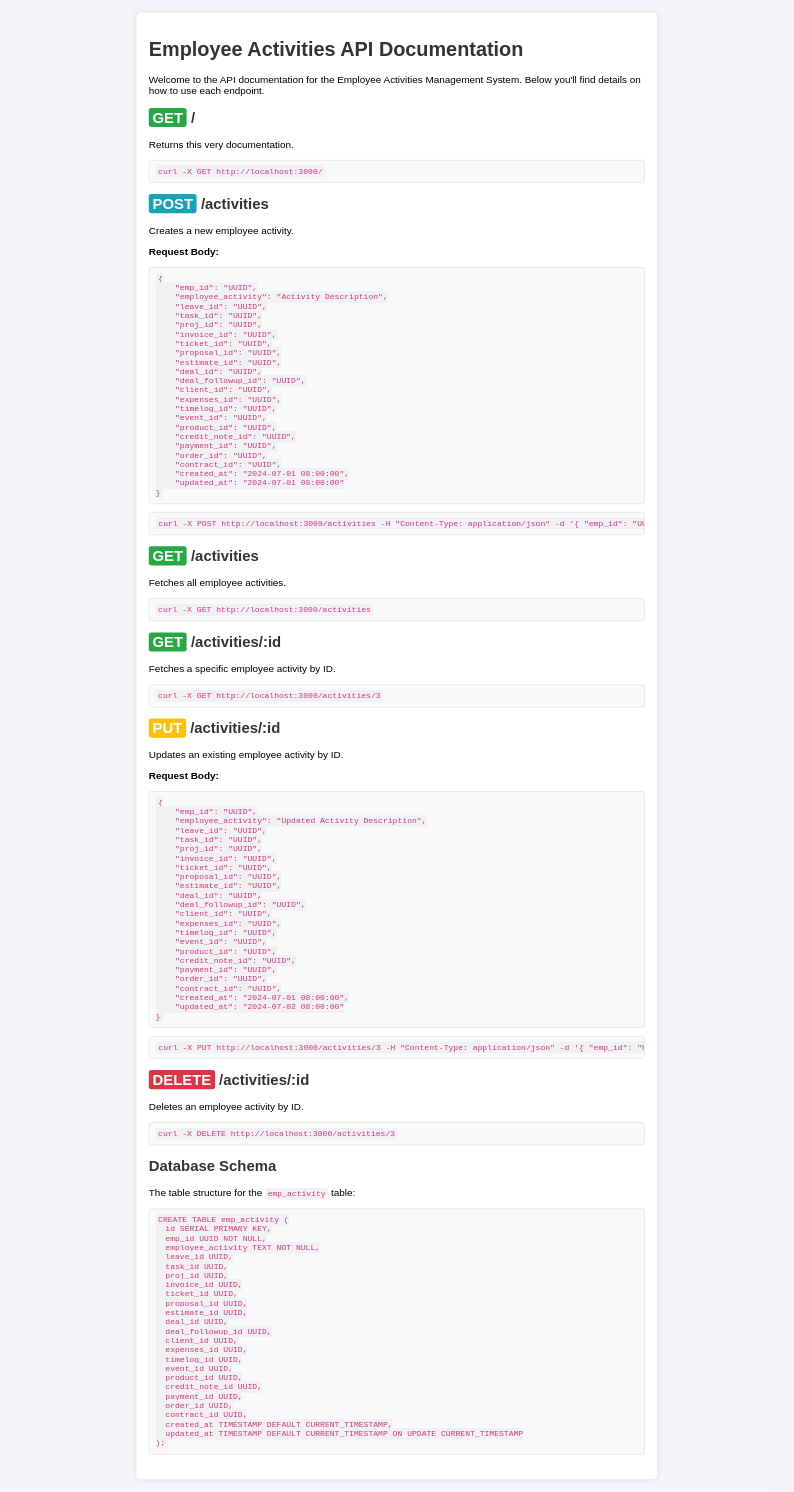
Repository: SpicierEwe/eod_node_express_server
Page: api_documentation/documentation.html
These files come from the project's save history. The page is drawn as it stood at one moment and after the next save; the edit follows.
The browser window is 1280 px wide. The pictures show the whole page, at 62% of full size.

Above is the page before, as saved 2024-07-30 16:54:48.

After the next save:
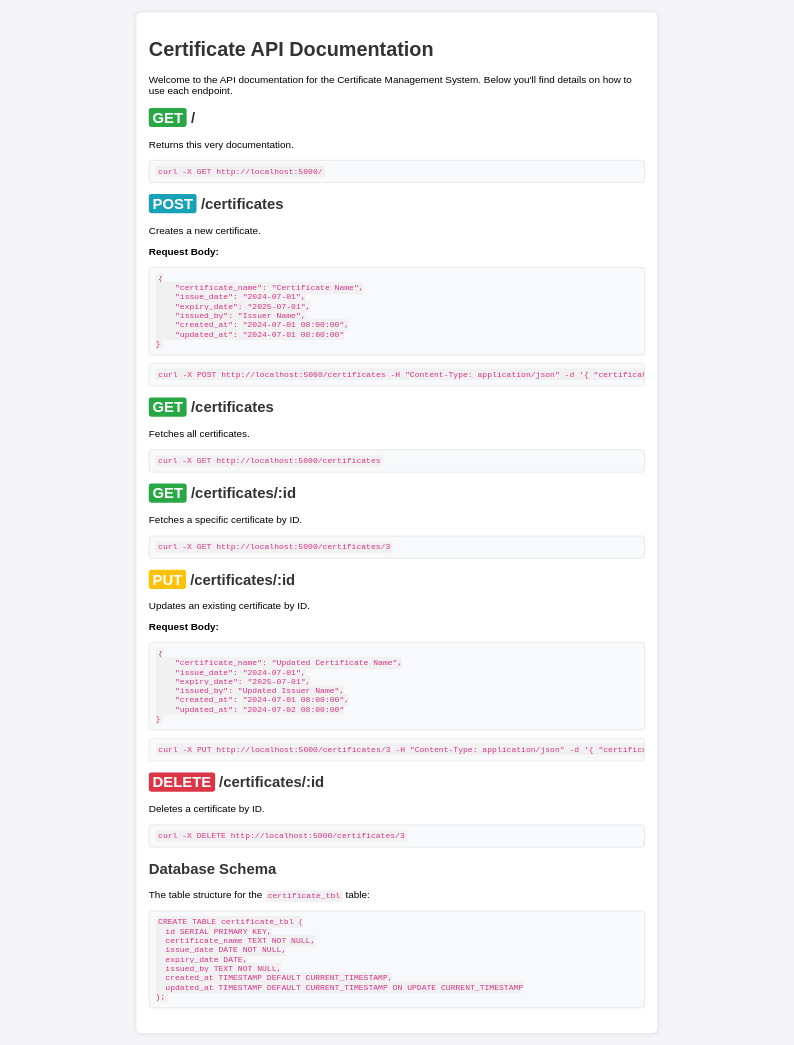
Saved 2 min 31 s later.
--- a/api_documentation/documentation.html
+++ b/api_documentation/documentation.html
@@ -3,7 +3,7 @@
   <head>
     <meta charset="UTF-8" />
     <meta name="viewport" content="width=device-width, initial-scale=1.0" />
-    <title>Employee Activities API Documentation</title>
+    <title>Certificate API Documentation</title>
     <style>
       body {
         font-family: Arial, sans-serif;
@@ -62,123 +62,75 @@
   </head>
   <body>
     <div class="container">
-      <h1>Employee Activities API Documentation</h1>
+      <h1>Certificate API Documentation</h1>
       <p>
-        Welcome to the API documentation for the Employee Activities Management
-        System. Below you'll find details on how to use each endpoint.
+        Welcome to the API documentation for the Certificate Management System.
+        Below you'll find details on how to use each endpoint.
       </p>
 
       <div class="route">
         <h2><span class="method get">GET</span> /</h2>
         <p>Returns this very documentation.</p>
-        <pre><code>curl -X GET http://localhost:3000/</code></pre>
+        <pre><code>curl -X GET http://localhost:5000/</code></pre>
       </div>
 
       <div class="route">
-        <h2><span class="method post">POST</span> /activities</h2>
-        <p>Creates a new employee activity.</p>
+        <h2><span class="method post">POST</span> /certificates</h2>
+        <p>Creates a new certificate.</p>
         <p><strong>Request Body:</strong></p>
         <pre><code>{
-    "emp_id": "UUID",
-    "employee_activity": "Activity Description",
-    "leave_id": "UUID",
-    "task_id": "UUID",
-    "proj_id": "UUID",
-    "invoice_id": "UUID",
-    "ticket_id": "UUID",
-    "proposal_id": "UUID",
-    "estimate_id": "UUID",
-    "deal_id": "UUID",
-    "deal_followup_id": "UUID",
-    "client_id": "UUID",
-    "expenses_id": "UUID",
-    "timelog_id": "UUID",
-    "event_id": "UUID",
-    "product_id": "UUID",
-    "credit_note_id": "UUID",
-    "payment_id": "UUID",
-    "order_id": "UUID",
-    "contract_id": "UUID",
+    "certificate_name": "Certificate Name",
+    "issue_date": "2024-07-01",
+    "expiry_date": "2025-07-01",
+    "issued_by": "Issuer Name",
     "created_at": "2024-07-01 08:00:00",
     "updated_at": "2024-07-01 08:00:00"
 }</code></pre>
-        <pre><code>curl -X POST http://localhost:3000/activities -H "Content-Type: application/json" -d '{ "emp_id": "UUID", "employee_activity": "Activity Description", "leave_id": "UUID", "task_id": "UUID", "proj_id": "UUID", "invoice_id": "UUID", "ticket_id": "UUID", "proposal_id": "UUID", "estimate_id": "UUID", "deal_id": "UUID", "deal_followup_id": "UUID", "client_id": "UUID", "expenses_id": "UUID", "timelog_id": "UUID", "event_id": "UUID", "product_id": "UUID", "credit_note_id": "UUID", "payment_id": "UUID", "order_id": "UUID", "contract_id": "UUID", "created_at": "2024-07-01 08:00:00", "updated_at": "2024-07-01 08:00:00" }'</code></pre>
+        <pre><code>curl -X POST http://localhost:5000/certificates -H "Content-Type: application/json" -d '{ "certificate_name": "Certificate Name", "issue_date": "2024-07-01", "expiry_date": "2025-07-01", "issued_by": "Issuer Name", "created_at": "2024-07-01 08:00:00", "updated_at": "2024-07-01 08:00:00" }'</code></pre>
       </div>
 
       <div class="route">
-        <h2><span class="method get">GET</span> /activities</h2>
-        <p>Fetches all employee activities.</p>
-        <pre><code>curl -X GET http://localhost:3000/activities</code></pre>
+        <h2><span class="method get">GET</span> /certificates</h2>
+        <p>Fetches all certificates.</p>
+        <pre><code>curl -X GET http://localhost:5000/certificates</code></pre>
       </div>
 
       <div class="route">
-        <h2><span class="method get">GET</span> /activities/:id</h2>
-        <p>Fetches a specific employee activity by ID.</p>
-        <pre><code>curl -X GET http://localhost:3000/activities/3</code></pre>
+        <h2><span class="method get">GET</span> /certificates/:id</h2>
+        <p>Fetches a specific certificate by ID.</p>
+        <pre><code>curl -X GET http://localhost:5000/certificates/3</code></pre>
       </div>
 
       <div class="route">
-        <h2><span class="method put">PUT</span> /activities/:id</h2>
-        <p>Updates an existing employee activity by ID.</p>
+        <h2><span class="method put">PUT</span> /certificates/:id</h2>
+        <p>Updates an existing certificate by ID.</p>
         <p><strong>Request Body:</strong></p>
         <pre><code>{
-    "emp_id": "UUID",
-    "employee_activity": "Updated Activity Description",
-    "leave_id": "UUID",
-    "task_id": "UUID",
-    "proj_id": "UUID",
-    "invoice_id": "UUID",
-    "ticket_id": "UUID",
-    "proposal_id": "UUID",
-    "estimate_id": "UUID",
-    "deal_id": "UUID",
-    "deal_followup_id": "UUID",
-    "client_id": "UUID",
-    "expenses_id": "UUID",
-    "timelog_id": "UUID",
-    "event_id": "UUID",
-    "product_id": "UUID",
-    "credit_note_id": "UUID",
-    "payment_id": "UUID",
-    "order_id": "UUID",
-    "contract_id": "UUID",
+    "certificate_name": "Updated Certificate Name",
+    "issue_date": "2024-07-01",
+    "expiry_date": "2025-07-01",
+    "issued_by": "Updated Issuer Name",
     "created_at": "2024-07-01 08:00:00",
     "updated_at": "2024-07-02 08:00:00"
 }</code></pre>
-        <pre><code>curl -X PUT http://localhost:3000/activities/3 -H "Content-Type: application/json" -d '{ "emp_id": "UUID", "employee_activity": "Updated Activity Description", "leave_id": "UUID", "task_id": "UUID", "proj_id": "UUID", "invoice_id": "UUID", "ticket_id": "UUID", "proposal_id": "UUID", "estimate_id": "UUID", "deal_id": "UUID", "deal_followup_id": "UUID", "client_id": "UUID", "expenses_id": "UUID", "timelog_id": "UUID", "event_id": "UUID", "product_id": "UUID", "credit_note_id": "UUID", "payment_id": "UUID", "order_id": "UUID", "contract_id": "UUID", "created_at": "2024-07-01 08:00:00", "updated_at": "2024-07-02 08:00:00" }'</code></pre>
+        <pre><code>curl -X PUT http://localhost:5000/certificates/3 -H "Content-Type: application/json" -d '{ "certificate_name": "Updated Certificate Name", "issue_date": "2024-07-01", "expiry_date": "2025-07-01", "issued_by": "Updated Issuer Name", "created_at": "2024-07-01 08:00:00", "updated_at": "2024-07-02 08:00:00" }'</code></pre>
       </div>
 
       <div class="route">
-        <h2><span class="method delete">DELETE</span> /activities/:id</h2>
-        <p>Deletes an employee activity by ID.</p>
-        <pre><code>curl -X DELETE http://localhost:3000/activities/3</code></pre>
+        <h2><span class="method delete">DELETE</span> /certificates/:id</h2>
+        <p>Deletes a certificate by ID.</p>
+        <pre><code>curl -X DELETE http://localhost:5000/certificates/3</code></pre>
       </div>
 
       <div class="route">
         <h2>Database Schema</h2>
-        <p>The table structure for the <code>emp_activity</code> table:</p>
-        <pre><code>CREATE TABLE emp_activity (
+        <p>The table structure for the <code>certificate_tbl</code> table:</p>
+        <pre><code>CREATE TABLE certificate_tbl (
   id SERIAL PRIMARY KEY,
-  emp_id UUID NOT NULL,
-  employee_activity TEXT NOT NULL,
-  leave_id UUID,
-  task_id UUID,
-  proj_id UUID,
-  invoice_id UUID,
-  ticket_id UUID,
-  proposal_id UUID,
-  estimate_id UUID,
-  deal_id UUID,
-  deal_followup_id UUID,
-  client_id UUID,
-  expenses_id UUID,
-  timelog_id UUID,
-  event_id UUID,
-  product_id UUID,
-  credit_note_id UUID,
-  payment_id UUID,
-  order_id UUID,
-  contract_id UUID,
+  certificate_name TEXT NOT NULL,
+  issue_date DATE NOT NULL,
+  expiry_date DATE,
+  issued_by TEXT NOT NULL,
   created_at TIMESTAMP DEFAULT CURRENT_TIMESTAMP,
   updated_at TIMESTAMP DEFAULT CURRENT_TIMESTAMP ON UPDATE CURRENT_TIMESTAMP
 );
